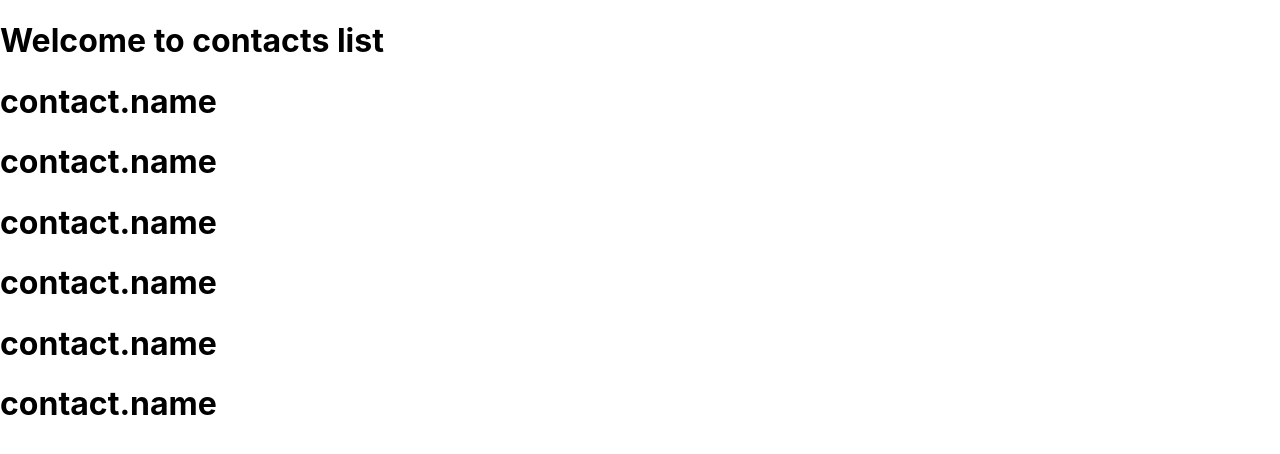
Repository: emorilebo/next-linkedin-training
Page: /contact
The author's editor kept a copy of each file at every save. The page is drawn from the files as they stood at one save, then again after a run of saves.
The browser window is 1280 px wide. The pictures show the whole page.
The project was rebuilt for these pictures with package versions that can differ from the ones it lists, and the page was loaded fresh each time. The framework's server and built-in components were replaced by stand-ins that run in the browser. Also part of the build but not shown: next.config.js.

Above is the page before, as saved 2022-12-26 07:50:43.

### pages/contact/index.js
import React from "react";
import contacts from "../api/contacts";

export default function ContactsList() {

  return <div>
    <h1>Welcome to contacts list</h1>
    <div>{contacts.map(contact =>(
        <h1>contact.name</h1>
    ))}</div>
  </div>;
}

### pages/api/contacts.js
export default [
    {
        id: 'alfreds-futterkiste',
        name:'Alfreds Futterkiste',
        country: 'Germany'
    },
    {
        id: 'francisco-chang',
        name:'Francisco Chang',
        country: 'Mexico'
    },
    {
        id: 'ernst-handel',
        name:'Ernst Handel',
        country: 'Austria'
    },
    {
        id: 'helen-bennett',
        name:'Helen Bennett',
        country: 'UK'
    },
    {
        id: 'yoshi-tannamuri',
        name:'Yoshi Tannamuri',
        country: 'Canada'
    },
    {
        id: 'giovanni-rovelli',
        name:'Giovanni Rovelli',
        country: 'Italy'
    }
]

Loaded but not shown: pages/_app.js (common file); styles/globals.css (common file)

After the next 2 saves:
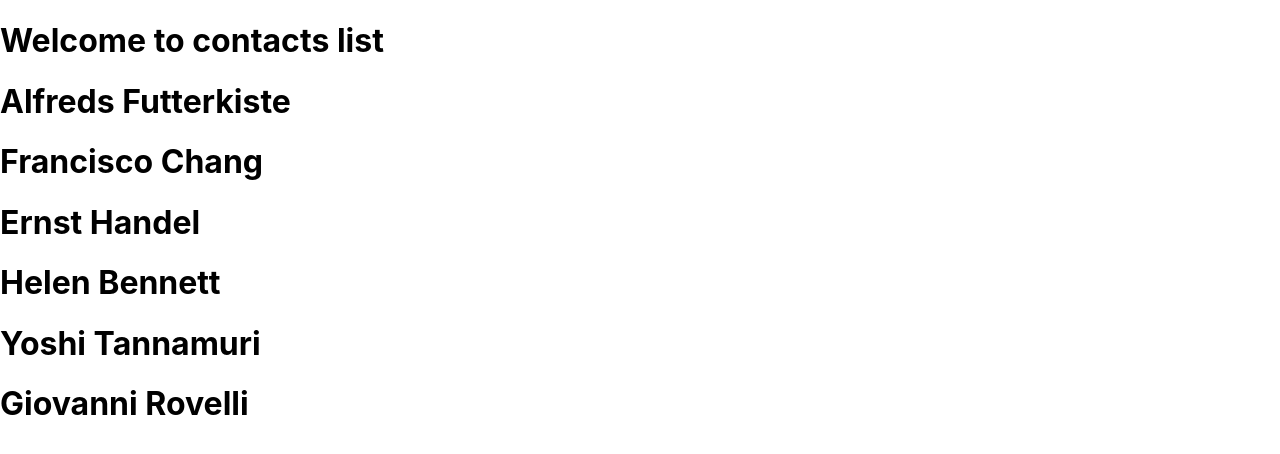
The 2 saves are shown as one change because they came seconds apart.
The last was saved 12 s later.
--- a/pages/contact/index.js
+++ b/pages/contact/index.js
@@ -6,7 +6,7 @@ export default function ContactsList() {
   return <div>
     <h1>Welcome to contacts list</h1>
     <div>{contacts.map(contact =>(
-        <h1>contact.name</h1>
+        <h1>{contact.name}</h1>
     ))}</div>
   </div>;
 }
